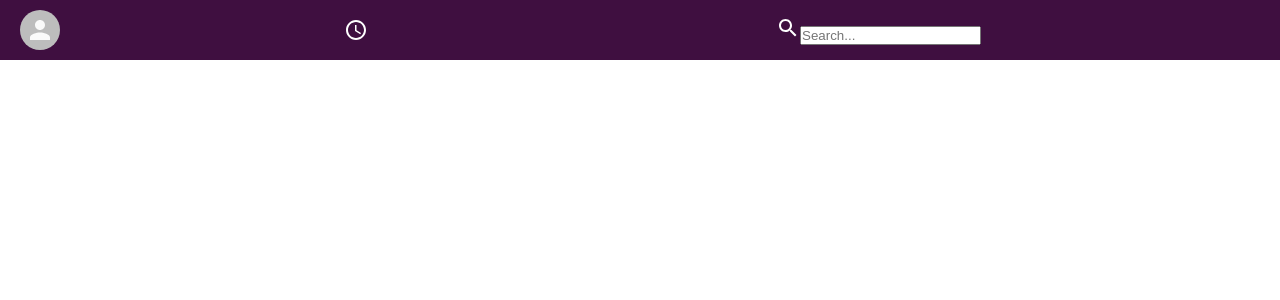
Repository: KrzysKolo/slackClone
Page: /
These files come from the project's save history. The page is drawn as it stood at one moment and after the next save; the edit follows.
The browser window is 1280 px wide. The pictures show the whole page.
The project was rebuilt for these pictures with package versions that can differ from the ones it lists, and the page was loaded fresh each time. Also part of the build but not shown: src/App.css.

Above is the page before, as saved 2021-12-22 17:29:15.

### src/index.css
* {
  margin: 0;
  padding: 0;
  box-sizing: border-box;
}
body {
  --slack-color: #3f0f40;
  overflow: hidden;

  margin: 0;
  font-family: -apple-system, BlinkMacSystemFont, 'Segoe UI', 'Roboto', 'Oxygen',
    'Ubuntu', 'Cantarell', 'Fira Sans', 'Droid Sans', 'Helvetica Neue',
    sans-serif;
  -webkit-font-smoothing: antialiased;
  -moz-osx-font-smoothing: grayscale;
}

code {
  font-family: source-code-pro, Menlo, Monaco, Consolas, 'Courier New',
    monospace;
}

### src/App.js
import './App.css';
import {BrowserRouter as Router, Routes, Route, Link } from 'react-router-dom';
import { About } from './pages'
import { Header } from './components';

function App() {
  return (
    <Router>
      <>
        <Header />
        <Routes>
          <Route path='/' exact element={<About />} />
        </Routes>
      </>
    </Router>
  );
}

export default App;

### src/pages/About/About.js
import React from 'react';
//ICONS
//import SendIcon from '@mui/icons-material/Send';


const about = () => {
  return (
    <section>
      About
    </section>
  )
}

export default about;

### src/components/Header/Header.js
import React from 'react';
import { HeaderContainer, HeaderLeft, HeaderAvatar, HeaderSearch } from './style';
import AccessTimeIcon from '@material-ui/icons/AccessTime';
import SearchIcon from '@material-ui/icons/Search';

const Header = () => {
  return (
    <HeaderContainer>
      {/*  Header Left */}
      <HeaderLeft>
        <HeaderAvatar

         />
         <AccessTimeIcon />
      </HeaderLeft>
      {/*  Header Search */}
      <HeaderSearch>
        <SearchIcon />
        <input placeholder='Search...' />
      </HeaderSearch>
      {/*  Header Right */}
    </HeaderContainer>
  )
}

export default Header;

### src/components/Header/style.js
import styled from 'styled-components';
import { Avatar } from '@material-ui/core';

export const HeaderContainer = styled.header`
  display: flex;
  position: fixed;
  width: 100%;
  align-items: center;
  justify-content: space-between;
  padding: 10px 0;
  background-color: var(--slack-color);
  color: white;
`;
export const HeaderLeft = styled.div`
  flex: 0.3;
  display: flex;
  align-items: center;
  margin-left: 20px;
  > .MuiSvgIcon-root {
    margin-left: auto;
    margin-right: 30px;
  }
`;

export const HeaderAvatar = styled(Avatar)`
  cursor: pointer;

  :hover {
    opacity: 0.8;
  }
`;

export const HeaderSearch = styled.div`
  flex: 0.4;
  opacity: 1;
  border-radius: 6px;
`;

Loaded but not shown: public/index.html (common file); src/index.js (common file); src/pages/index.js (common file); src/components/index.js (common file); src/pages/About/index.js (common file); src/components/Header/index.js (common file)

After the next save:
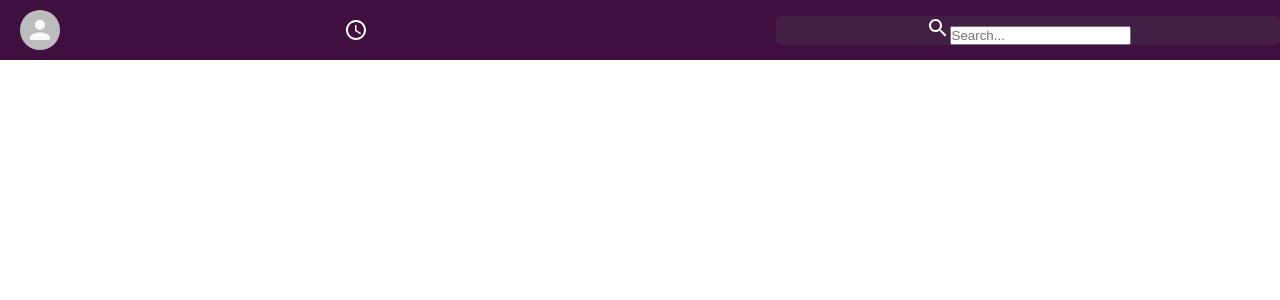
Saved 2 min 44 s later.
--- a/src/components/Header/style.js
+++ b/src/components/Header/style.js
@@ -34,4 +34,6 @@ export const HeaderSearch = styled.div`
   flex: 0.4;
   opacity: 1;
   border-radius: 6px;
+  background-color: #421f44;
+  text-align: center;
 `;
